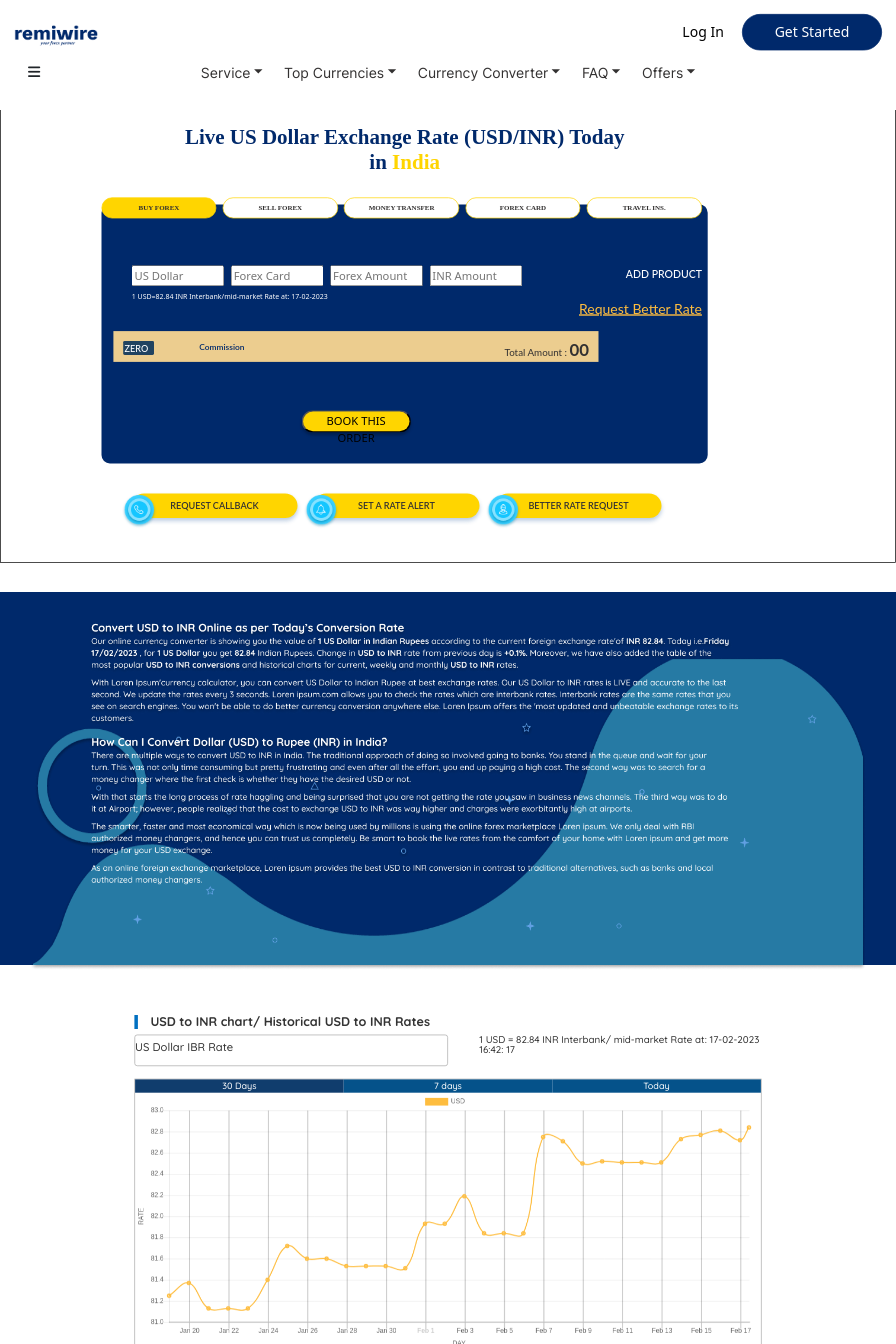
Repository: FlyweisReact/Akshadeep-latest
Page: /exchange
The author's editor kept a copy of each file at every save. The page is drawn from the files as they stood at one save, then again after a run of saves.
The browser window is 1280 px wide. The pictures show the part of the page from y = 0 to 1920 px (the page is 4008 px tall before and 4044 px after), at 70% of full size.
Some web libraries are served in a nearby version. The project was rebuilt for these pictures with package versions that can differ from the ones it lists, and the page was loaded fresh each time. Also part of the build but not shown: src/components/order_p1.jsx, src/components/order_p2.jsx, src/components/faas.jsx, src/components/offer.jsx, src/components/Component/Index/CurrencySlider.js, src/components/Component/Index/IndexFirstMotion.js, src/components/Component/Index/IndexSecondMotion.js, src/components/Component/Index/IndexThirdMotion.js and 15 more.

Above is the page before, as saved 2023-05-30 17:29:38.

### public/index.html
<!DOCTYPE html>
<html lang="en">
  <head>
    <meta charset="utf-8" />
    <link rel="icon" href="%PUBLIC_URL%/favicon.ico" />
    <meta name="viewport" content="width=device-width, initial-scale=1" />
    <meta name="theme-color" content="#000000" />
    <meta
      name="description"
      content="Web site created using create-react-app"
    />
    <link rel="apple-touch-icon" href="%PUBLIC_URL%/logo192.png" />

    <link rel="manifest" href="%PUBLIC_URL%/manifest.json" />
    <link rel="stylesheet" href="https://cdnjs.cloudflare.com/ajax/libs/font-awesome/5.15.3/css/all.min.css" />
    <link href="https://cdn.jsdelivr.net/npm/bootstrap@5.3.0-alpha1/dist/css/bootstrap.min.css" rel="stylesheet" integrity="sha384-GLhlTQ8iRABdZLl6O3oVMWSktQOp6b7In1Zl3/Jr59b6EGGoI1aFkw7cmDA6j6gD" crossorigin="anonymous">


    <title>React App</title>
  </head>
  <body>
    <noscript>You need to enable JavaScript to run this app.</noscript>
    <div id="root"></div>
    <script src="https://kit.fontawesome.com/b533b351e4.js" crossorigin="anonymous"></script>
  </body>
</html>

### src/components/exchange.jsx
/** @format */

import React from "react";
import Navbar from "./navbar";
import { useNavigate } from "react-router-dom";
import img3 from "../Images/button_after.png";
import img4 from "../Images/button_after -1.png";
import img5 from "../Images/button_after -2.png";
import img6 from "../Images/section.png";
import img7 from "../Images/h3_before.png";
import img8 from "../Images/image.png";
import img9 from "../Images/span.png";
import img10 from "../Images/a.png";
import img11 from "../Images/a-1.png";
import img12 from "../Images/a-2.png";
import img13 from "../Images/a-3.png";
import img14 from "../Images/a-4.png";
import img15 from "../Images/a-5.png";
import img16 from "../Images/a-6.png";
import Footer from "./footer";

const Exchange = () => {
  const navigate = useNavigate();
  return (
    <>
      <Navbar />
      <div className="exch-cont">
        <div className="exch-left-cont">

          <h2 className="exch-title">
            Live US Dollar Exchange Rate (USD/INR) Today <br /> in{" "}
            <spam>India</spam>
          </h2>


          <div className="outer-cont">
            <div className="top-box">
              <div className="top-part-1">
                <div className="top-left">
                  <div class="input-row">
                    <input type="text" placeholder="US Dollar" />
                    <input type="text" placeholder="Forex Card" />
                    <input type="text" placeholder="Forex Amount" />
                    <input type="text" placeholder="INR Amount" />
                  </div>
                  <small>
                    1 USD=82.84 INR Interbank/mid-market Rate at: 17-02-2023
                  </small>
                </div>
                <div className="top-right">
                  <a>ADD PRODUCT</a>
                </div>
              </div>
              <h3 className="exch-mid-txt">Request Better Rate</h3>
              <div className="exch-mid-cont">
                <div className="exch-mid-cont-l">
                  <div className="inside-comp">
                    <div className="comp-1">
                      <p>ZERO</p>
                    </div>
                    <div className="comp-2">
                      <p>Commission</p>
                    </div>
                  </div>
                </div>
                <div className="exch-mid-cont-r">
                  <p>
                    Total Amount : <spam>00</spam>
                  </p>
                </div>
              </div>
              <button
                className="top-box-btn"
                onClick={() => navigate("/customer-det")}
              >
                BOOK THIS ORDER
              </button>
            </div>
            <div className="btn-box">
              <button style={{ backgroundColor: "#FFD500" }}>BUY FOREX</button>
              <button>SELL FOREX</button>
              <button>MONEY TRANSFER</button>
              <button>FOREX CARD</button>
              <button>TRAVEL INS.</button>
            </div>
            <div className="out-btn-box">
              <div className="btn-img">
                <button className="bt-img">REQUEST CALLBACK</button>
                <img src={img3} alt="" />
              </div>
              <div className="btn-img">
                <button className="bt-img">SET A RATE ALERT</button>
                <img src={img4} alt="" />
              </div>
              <div className="btn-img">
                <button className="bt-img">BETTER RATE REQUEST</button>
                <img src={img5} alt="" />
              </div>
            </div>
          </div>
        </div>
      </div>




      <div className="body-mid-cont">
        <img className="body-mid-cont-img" src={img6} alt="" />
      </div>
      <div className="exch-below-cont">
        <div className="faltu">
          <img src={img7} alt="" />
          <h3>USD to INR chart/ Historical USD to INR Rates</h3>
        </div>
        <div className="exch-below-cont-1">
          <div className="exch-below-cont-1-left">
            <h4>US Dollar IBR Rate</h4>
          </div>
          <div className="exch-below-cont-1-right">
            <p>
              1 USD = 82.84 INR Interbank/ mid-market Rate at: 17-02-2023 16:42:
              17
            </p>
          </div>
        </div>
        <div className="exch-box">
          <div className="exch-box-cont">
            <div className="ii">30 Days</div>
            <div className="ia">7 days</div>
            <div className="ia">Today</div>
          </div>
          <img src={img8} alt="" style={{ width: "100%" }} />
        </div>
        <div className="faltu" style={{ margin: "2%" }}>
          <img src={img7} alt="" />
          <h3>Popular USD to INR Conversion Rate</h3>
        </div>
        <div className="exch-below-cont-2">
          <div className="exch-below-cont-2-left">
            <table>
              <tr>
                <th>US Dollar(USD)</th>
                <th>Indian Rupee(INR)</th>
              </tr>
              <tr>
                <td>1 USD</td>
                <td>82.84 INR</td>
              </tr>
              <tr>
                <td>1 USD</td>
                <td>82.84 INR</td>
              </tr>
              <tr>
                <td>1 USD</td>
                <td>82.84 INR</td>
              </tr>
              <tr>
                <td>1 USD</td>
                <td>82.84 INR</td>
              </tr>
              <tr>
                <td>1 USD</td>
                <td>82.84 INR</td>
              </tr>
              <tr>
                <td>1 USD</td>
                <td>82.84 INR</td>
              </tr>
            </table>
          </div>
          <div className="exch-below-cont-2-right">
            <table>
              <tr>
                <th>US Dollar(USD)</th>
                <th>Indian Rupee(INR)</th>
              </tr>
              <tr>
                <td>1 USD</td>
                <td>82.84 INR</td>
              </tr>
              <tr>
                <td>1 USD</td>
                <td>82.84 INR</td>
              </tr>
              <tr>
                <td>1 USD</td>
                <td>82.84 INR</td>
              </tr>
              <tr>
                <td>1 USD</td>
                <td>82.84 INR</td>
              </tr>
              <tr>
                <td>1 USD</td>
                <td>82.84 INR</td>
              </tr>
              <tr>
                <td>1 USD</td>
                <td>82.84 INR</td>
              </tr>
            </table>
          </div>
        </div>
      </div>
      <div className="exch-below-cont-3">
        <div>
          <h4>1 US Dollar To Indian Rupee Stats</h4>
          <table>
            <tr>
              <th></th>
              <th>Last 30 Days</th>
              <th>Last 90 Days</th>
            </tr>
            <tr>
              <td>High</td>
              <td>82.25</td>
              <td>82.925</td>
            </tr>
            <tr>
              <td>High</td>
              <td>82.25</td>
              <td>82.925</td>
            </tr>
            <tr>
              <td>High</td>
              <td>82.25</td>
              <td>82.925</td>
            </tr>
            <tr>
              <td>High</td>
              <td>82.25</td>
              <td>82.925</td>
            </tr>
          </table>
        </div>
      </div>
      <div className="exch-below-cont-4">
        <h3>Currency Information</h3>
        <div className="exch-below-cont-4-cont">
          <div className="exch-below-cont-4-l">
            <div className="faltu">
              <img src={img7} alt="" />
              <h3>USD-US Dollar</h3>
            </div>
            <p>
              Lorem Ipsum is a dummy text showing the place for some real text
              check below to get more details and other facts about the
              currency.
            </p>
            <a href="">More info</a>
          </div>
          <div className="exch-below-cont-4-r">
            <div className="faltu">
              <img src={img7} alt="" />
              <h3>USD-US Dollar</h3>
            </div>
            <p>
              Lorem Ipsum is a dummy text showing the place for some real text
              check below to get more details and other facts about the
              currency.
            </p>
            <a href="">More info</a>
          </div>
        </div>
      </div>
      <div className="exch-below-cont-5">
        <div className="extra-comp">
          <div className="exch-grid">
            <div className="exch-grid-item">
              <a href="">Convert NZD to INR</a>
            </div>
            <div className="exch-grid-item">
              <a href="">Convert NZD to INR</a>
            </div>
            <div className="exch-grid-item">
              <a href="">Convert NZD to INR</a>
            </div>
            <div className="exch-grid-item">
              <a href="">Convert NZD to INR</a>
            </div>
            <div className="exch-grid-item">
              <a href="">Convert NZD to INR</a>
            </div>
            <div className="exch-grid-item">
              <a href="">Convert NZD to INR</a>
            </div>
          </div>
        </div>
      </div>
      <div className="exch-below-cont-6">
        <div className="exch-below-cont-6-1">
          <h4>US Dollars Rates In Other Cities</h4>
          <img src={img9} alt="" />
        </div>
        <div className="form-group-2">
          <select className="ip" id="timezone" name="timezone" required>
            <option value="">Select City</option>
            <option value="EST">Mumbai</option>
            <option value="CST">Delhi</option>
            <option value="PST">Ghaziabad</option>
            <option value="PST">Pune</option>
            <option value="PST">Chennai</option>
            <option value="PST">Banglore</option>
          </select>
        </div>
        <div className="exch-below-6-last">
          <img src={img10} alt="" />
          <img src={img11} alt="" />
          <img src={img12} alt="" />
          <img src={img13} alt="" />
          <img src={img14} alt="" />
          <img src={img15} alt="" />
          <img src={img16} alt="" />
        </div>
      </div>
      <Footer />
    </>
  );
};

export default Exchange;

### src/Style/Header.css
/** @format */

.Sticky-Header-Companent {
  height: 100%;
  background-color: var(--white);
  position: sticky;
  top: 0;
  z-index: 999;
  padding: 20px;
  transition: box-shadow 0.3s ease;
}

.scrolled {
  box-shadow: rgba(0, 0, 0, 0.24) 0px 3px 8px;
}

.Header {
  width: 100%;
  display: flex;
  justify-content: space-between;
  align-items: center;
}

.Header .left-component a {
  font-family: InterFont;
  font-size: 2rem;
  color: #000000;
  cursor: pointer;
  text-decoration: none;
}
.Header .left-component img{
  width: 120px;
}

.Header .right-component {
  display: flex;
  gap: 20px;
}
.Header .right-component .btn1 {
  font-weight: 500;
  font-size: var(--medium-font);
  color: var(--black);
  background-color: transparent;
  border: none;
}
.Header .right-component .btn2 {
  font-size: var(--medium-font);
  color: var(--white);
  background-color : #00296B;
  border: 1px solid #00296B;
  padding: 10px;
  width: 200px;
  border-radius: var(--half-border);
}

/* Category Drop- Down */
.Drop-Category-Bar {
  display: flex;
  align-items: center;
}
.Drop-Category-Bar .left-container {
  width: 20%;
  padding: 20px;
}

.Drop-Category-Bar .right-Container {
  display: flex;
  width: 60%;
  justify-content: space-evenly;
}

.Drop-Category-Bar .left-container i {
  font-size: var(--medium-font);
  cursor: pointer;
}
.Drop-Category-Bar .right-Container #dropdown-basic {
  border: none;
  font-size: var(--medium-font);
  font-style: normal;
  line-height: 29px;
  color: #333131;
  font-family:InterFont ;
}
.Drop-Category-Bar .right-Container #dropdown-button-drop-end {
  width: 100%;
  display: flex;
  justify-content: space-between;
  gap: 20px;
  align-items: center;
  font-size: var(--small-font);
  border: none;
}
.Drop-Category-Bar .right-Container .dropdown-item {
  width: 100%;
  font-size: var(--small-font);
  border: none;
  padding-left: 12px;
}

/* FullScreen Offcanvas */
.offcanvas.offcanvas-start {
  width: 100% !important;
  background-color: transparent;
}
.offcanvas-backdrop.show {
  opacity: 0.9 !important;
}
.Offcanvas-Menu {
  position: relative;
  padding: 20px;
}
.Offcanvas-Menu .fa-x {
  font-size: var(--medium-font);
  color: #fff;
  position: absolute;
  right: 20px;
  top: 20px;
  cursor: pointer;
}
.Offcanvas-Menu .Menu-Items {
  display: flex;
  justify-content: space-evenly;
  align-items: center;
  position: absolute;
  top: 50%;
  gap: 20px;
  left: 50%;
  transform: translate(-50%, -50%);
  width: 100%;
  padding-left: 5%;
  padding-right: 5%;
}
.Offcanvas-Menu .Menu-Items div {
  width: 20%;
  cursor: pointer;
}
.Offcanvas-Menu .Menu-Items div img {
  display: block;
  margin: auto;
}
.Offcanvas-Menu .Menu-Items div a {
  text-decoration: none;
}
.Offcanvas-Menu .Menu-Items p {
  font-size: var(--medium-font);
  color: #ffffff;
  text-align: center;
  margin-top: 10px;
  font-family: OpenFont;
  text-decoration: none;
  width: 100%;
}

### src/Style/Footer.css
/**
 * Footer
 *
 * @format
 */

.footer {
  background-color: #241d4b;
  color: #fff;
  padding: 50px 0;
}

.footer .foot-row {
  display: flex;
  justify-content: space-evenly;
  gap: 20px;
}

.footer .foot-row .foot-col {
  width: 15%;
}

.footer .foot-row .foot-col h3 {
  font-family: PoppinFont;
  font-size: var(--medium-font);
  line-height: 19px;
  color: #919191;
  margin-bottom: 20px;
}

.footer .foot-row .foot-col p {
  font-family: QuickSand;
  font-size: var(--extra-small-font);
  color: #ffffff;
  cursor: pointer;
}

.footer .footer_bottom_Cont {
  display: flex;
  justify-content: space-evenly;
  gap: 20px;
  padding-top: 50px;

}

.footer .footer_bottom_Cont .Item_Div {
  width: 30%;
  padding: 20px;
}
.footer .footer_bottom_Cont .Item_Div .head {
  font-family: PoppinFont;
  font-size: var(--medium-font);
  color: #919191;

  margin: 0;
}
.footer .footer_bottom_Cont .Item_Div .subItem {
  margin: 0;
  display: flex;
  gap: 20px;
  align-items: center;
}
.footer .footer_bottom_Cont .Item_Div .subItem p{
    margin: 0;
    font-family: QuickSand;
font-size: var(--extra-small-font);
color: #FFFFFF;
}

### src/components/navbar.jsx
import Header from "./Layout/Header";

const Navbar = () => {
  return (
    <>
      <Header />
    </>
  );
};

export default Navbar;

### src/components/footer.jsx
/** @format */

import React from "react";
import img from "../Images/23.png";
import img1 from "../Images/24.png";
import img2 from "../Images/25 (1).png";
import img3 from "../Images/25 (2).png";

const Footer = () => {
  return (
    <footer className="footer">
      <div className="foot-row">
        <div className="foot-col">
          <h3>Company</h3>
          <p>About Us</p>
          <p>Contact Us</p>
          <p>Careers</p>
        </div>

        <div className="foot-col">
          <h3>Services</h3>
          <p>Prepaid Travel Card</p>
          <p>Foreign Demand Draft</p>
          <p>Foreign Currency</p>
          <p>Educational Loans</p>
          <p>Remmittance</p>
          <p>Travel Insurance</p>
          <p>Forex as a Service (Faas Solution)</p>
        </div>
        <div className="foot-col">
          <h3>Quick Links</h3>
          <p>FAQs</p>
          <p>Cancellation & Refund Policy</p>
          <p>Forex Rates</p>
          <p>Our Policies</p>
          <p>Terms of Use</p>
          <p>Site Map</p>
          <p>Offers</p>
        </div>
        <div className="foot-col">
          <h3>Insight</h3>
          <p>Blogs</p>
          <p>Press Release</p>
          <p>Foreign Currency</p>
          <p>Educational Loans</p>
          <p>Remmittance</p>
          <p>Travel Insurance</p>
          <p>Forex as a Service (Faas Solution)</p>
        </div>
        <div className="foot-col">
          <h3>Registered Office Address</h3>
          <p>Lorem Ipsum Pvt ltd.</p>
          <p>
            P-701 to P-705 lorem ipsum , 7th floor, 11th tower, panchsheel
            primerose, vatista , Gurugram, Hariyana
          </p>
        </div>
      </div>

      <div className="footer_bottom_Cont">
        <div className="Item_Div">
          <p className="head">Download Our App</p>
          <div className="subItem">
            <img src={img} alt="" />
            <img src={img1} alt="" />
          </div>
        </div>

        <div className="Item_Div">
          <p className="head">We Accept:</p>
          <div className="subItem">
            <img src={img2} alt="" />
            <img src={img3} alt="" />
          </div>
        </div>

        <div className="Item_Div">
          <p className="head">Contact Us</p>
          <div className="subItem" style={{ gap: "10px" }}>
            <i className="fa-solid fa-phone"></i>
            <p>+91-9212219191</p>
          </div>
          <div className="subItem">
            <p>hello@Lorenipsum.com</p>
          </div>
        </div>
      </div>
    </footer>
  );
};

export default Footer;

Loaded but not shown: src/Json/menu.json (187 lines, source omitted); src/components/Modals/RegisterModal.js (88 lines, source omitted); src/components/Modals/LoginModal.js (81 lines, source omitted); src/components/Layout/DropBar.js (60 lines, source omitted); src/components/Layout/Sidebar.js (70 lines, source omitted); src/App.js (51 lines, source omitted); src/components/Layout/Header.js (61 lines, source omitted); src/components/Modals/OtpModal.js (34 lines, source omitted); src/index.js (10 lines, source omitted); src/Style/Component.css (1641 lines, source omitted); src/index.css (2016 lines, source omitted)

After the next 2 saves:
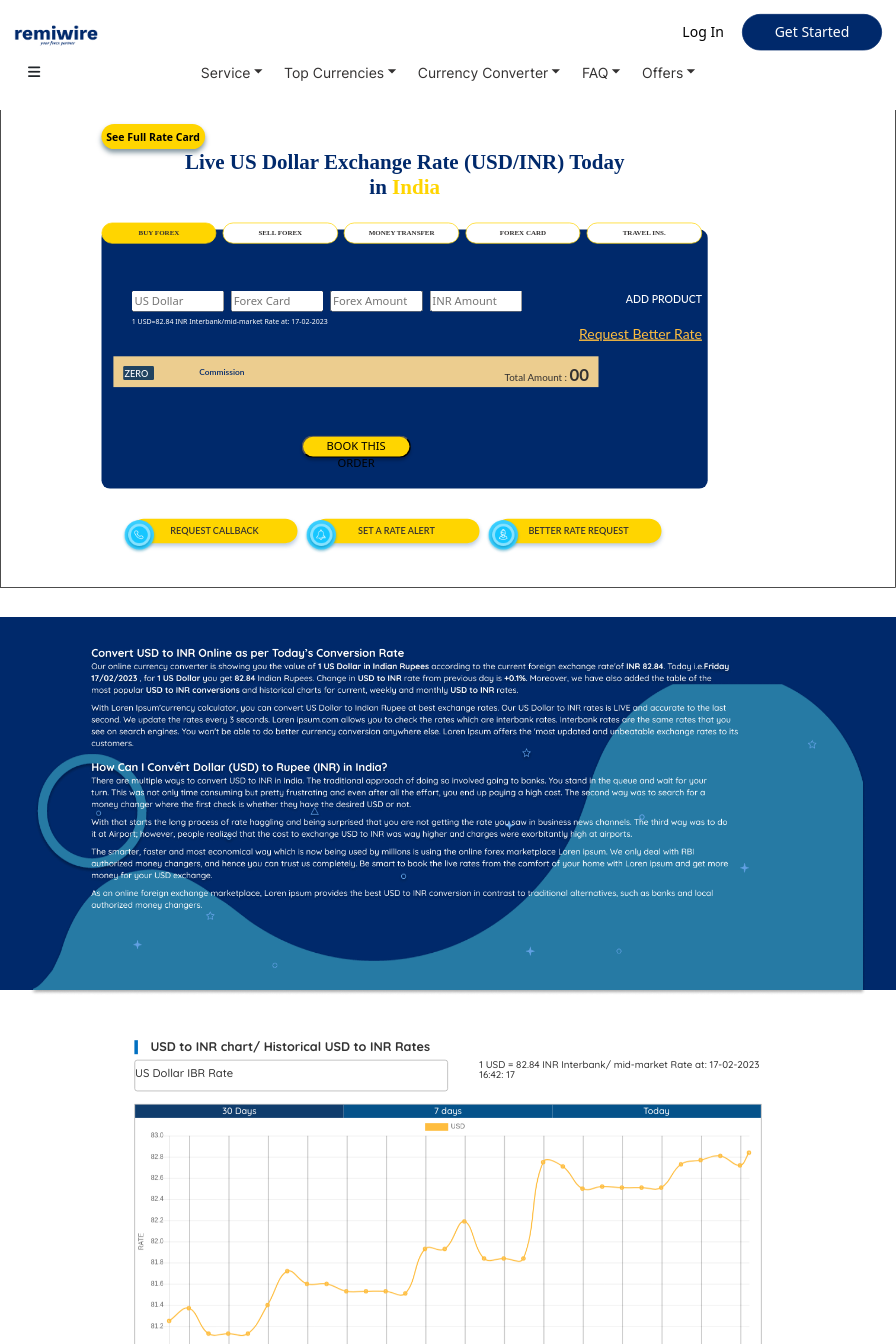
The 2 saves are shown as one change because they came seconds apart.
The last was saved 6 s later.
--- a/src/components/exchange.jsx
+++ b/src/components/exchange.jsx
@@ -27,6 +27,11 @@ const Exchange = () => {
       <div className="exch-cont">
         <div className="exch-left-cont">
 
+          <div>
+
+        <button className="exch-btn">See Full Rate Card</button>
+
+          </div>
           <h2 className="exch-title">
             Live US Dollar Exchange Rate (USD/INR) Today <br /> in{" "}
             <spam>India</spam>
